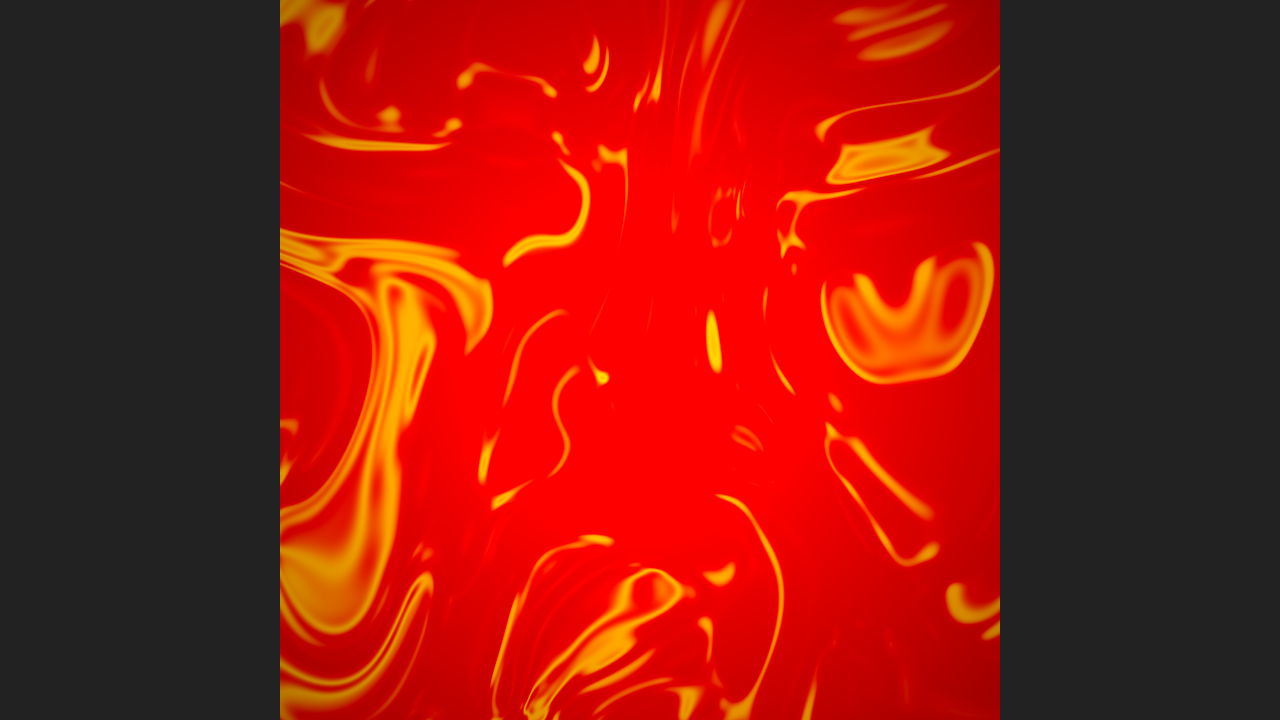
Repository: fakebrianho/50daysofshaders
Page: index.html
An editor plug-in stored every save of this project. The page is shown before and after the next save, followed by the edit.
The browser window is 1280 px wide. The pictures show the whole page.

Above is the page before, as saved 2022-02-03 19:18:44.

### index.html
<!DOCTYPE html>
<html lang="en">
<head>
  <meta charset="UTF-8">
  <meta http-equiv="X-UA-Compatible" content="IE=edge">
  <meta name="viewport" content="width=device-width, initial-scale=1.0">
  <title>Kaleidoscope</title>
  <link rel='stylesheet' href='base.css'>
  <link rel='stylesheet' href='styles.css'>
</head>
<body>
  <!-- <section> -->
    <div class='canvas-holder'>
      <canvas width='100' height='100'></canvas>
    </div>
  <!-- </section> -->

</body>
<script src="CCapture.all.min.js"></script>
<script src='glslcanvas.min.js'></script>
<script src='frag.js'></script>
<script src='day2.js'></script>
<script src='day3.js'></script>
<script src='day4.js'></script>
<script src='canvas.js'></script>
</html>

### base.css
html, body, div, span, applet, object, iframe,
h1, h2, h3, h4, h5, h6, p, blockquote, pre,
a, abbr, acronym, address, big, cite, code,
del, dfn, em, img, ins, kbd, q, s, samp,
small, strike, strong, sub, sup, tt, var,
b, u, i, center,
dl, dt, dd, ol, ul, li,
fieldset, form, label, legend,
table, caption, tbody, tfoot, thead, tr, th, td,
article, aside, canvas, details, embed,
figure, figcaption, footer, header, hgroup,
menu, nav, output, ruby, section, summary,
time, mark, audio, video {
  margin: 0;
  padding: 0;
  border: 0;
  font-size: 100%;
  font: inherit;
  vertical-align: baseline;
}

article, aside, details, figcaption, figure,
footer, header, hgroup, menu, nav, section {
  display: block;
}
body {
  line-height: 1;
}
ol, ul {
  list-style: none;
}
blockquote, q {
  quotes: none;
}
blockquote:before, blockquote:after,
q:before, q:after {
  content: '';
  content: none;
}
table {
  border-collapse: collapse;
  border-spacing: 0;
}

img, iframe {
  vertical-align: bottom;
  max-width: 100%;
}

input, textarea, select {
  font: inherit;
}

* {
  -webkit-box-sizing: border-box;
  -moz-box-sizing: border-box;
  box-sizing: border-box;
  -webkit-font-smoothing: antialiased;
  -moz-osx-font-smoothing: grayscale;
  text-rendering: optimizeLegibility;
}

### styles.css
html, body{
  height: 100%;
}

@font-face {
  font-family: 'Sprat';
  src: url(sprat.woff2);
}

@keyframes inhale {
  0%{
    font-variation-settings: 'wght' 20, 'wdth' 120;
    opacity: 0.5;
  }
  100%{
    font-variation-settings: 'wght' 100, 'wdth' 120;
    opacity: 1.0;
  }
}
@keyframes exhale {
  0%{
    font-variation-settings: 'wght' 100, 'wdth' 120;
    opacity:1.0;
  }
  100%{
    font-variation-settings: 'wght' 20, 'wdth' 120;
    opacity:0.5;
  }
}
@keyframes throb {
  0%{
    transform: translate(-50%, -50%) scale(1);
  }
  100%{
    transform: translate(-50%, -50%) scale(1.05);
  }

}
body{
  font-family: Sprat;
  font-size: 16px;
  line-height: 1;
  background-color: #222222;
  color: #ffffff;
}

section {
  height: 100%;
  display: flex;
  align-items: center;
  justify-content: space-around;
  font-size: 9vmin;
  text-align: center;
}

section div{
  width: 5em;

}

section div.inhale{
  animation: inhale 5s infinite alternate;
}

section div.exhale{
  animation: exhale 5s infinite alternate;
}

div.canvas-holder{
  position: fixed;
  top: 0;
  left: 0;
  height: 100vh;
  width: 100%;
}

div.canvas-holder canvas{
  position: fixed;
  left: 50%;
  top: 50%;
  transform: translate(-50%, -50%);
}

### day2.js
const day02_01 = `#ifdef GL_ES
precision highp float;
#endif

uniform float u_time;
uniform vec2 u_resolution;

varying vec3 v_normal;
varying vec2 v_texcoord;

#define NUM_OCTAVES 5
#define COUNTER 0

float rect(in vec2 st, in vec2 size){
    size = 0.25-size*0.25;
    vec2 uv = step(size,st*(1.0-st));
    return uv.x*uv.y;
}

float rand(vec2 n) {
    return fract(sin(dot(n, vec2(12.9898, 4.1414))) * 43758.5453);
}

float noise(vec2 p){
    vec2 ip = floor(p);
    vec2 u = fract(p);
    u = u*u*(3.0-2.0*u);

    float res = mix(
        mix(rand(ip),rand(ip+vec2(1.0,0.0)),u.x),
        mix(rand(ip+vec2(0.0,1.0)),rand(ip+vec2(1.0,1.0)),u.x),u.y);
    return res*res;
}

float fbm(vec2 x) {
    float v = 0.0;
    float a = 0.5;
    vec2 shift = vec2(100);
    // Rotate to reduce axial bias
    mat2 rot = mat2(cos(0.5), sin(0.5), -sin(0.5), cos(0.50));
    for (int i = 0; i < NUM_OCTAVES; ++i) {
        v += a * noise(x);
        x = rot * x * 2.0 + shift;
        a *= 0.5;
    }
    return v;
}


void main(void)
{
//    vec2 uv = -1. + 2. * v_texcoord;
    vec2 uv = v_texcoord;
    vec4 color1 = vec4(1.0, 1.0, 1.0, 1.0);
    vec4 color2 = vec4(0.0, 0.0, 0.0, 1.0);
    float weight = mix(1.0, 70.0, abs(sin(u_time*0.4)));
    float f = fbm(uv*6.);
    f*= 2.0;
    f+=u_time*0.5;
    f = fract(f);
    float mixer = step(0.5, f);
    vec4 color = mix(color1, color2, mixer);

    float temp = uv.x;
    temp *= u_resolution.x/u_resolution.y;
    vec3 rectColor = vec3(temp, uv.y, abs(sin(u_time)));
    float gray = dot(rectColor.rgb, vec3(0.299, 0.587, 0.114));
    vec3 grayscale = vec3(gray);

//    rectColor *= vec3(0.5);


    // vec3 color = mix(color_a, color_b, point.y);
    color = mix(color, vec4(grayscale, 1.0), rect(vec2(uv.x + 0.18, uv.y), vec2(0.04,0.34)));
    color = mix(color, vec4(grayscale,1.0), rect(vec2(uv.x - 0.18, uv.y), vec2(0.04,0.34)));
    gl_FragColor = vec4(color);
}`

const day02_02 = `
#ifdef GL_ES
precision highp float;
#endif

uniform float u_time;
uniform vec2 u_resolution;

varying vec3 v_normal;
varying vec2 v_texcoord;

#define NUM_OCTAVES 5
#define COUNTER 0

float rect(in vec2 st, in vec2 size){
    size = 0.25-size*0.25;
    vec2 uv = step(size,st*(1.0-st));
    return uv.x*uv.y;
}

float rand(vec2 n) {
    return fract(sin(dot(n, vec2(12.9898, 4.1414))) * 43758.5453);
}

float noise(vec2 p){
    vec2 ip = floor(p);
    vec2 u = fract(p);
    u = u*u*(3.0-2.0*u);

    float res = mix(
        mix(rand(ip),rand(ip+vec2(1.0,0.0)),u.x),
        mix(rand(ip+vec2(0.0,1.0)),rand(ip+vec2(1.0,1.0)),u.x),u.y);
    return res*res;
}

float fbm(vec2 x) {
    float v = 0.0;
    float a = 0.5;
    vec2 shift = vec2(100);
    // Rotate to reduce axial bias
    mat2 rot = mat2(cos(0.5), sin(0.5), -sin(0.5), cos(0.50));
    for (int i = 0; i < NUM_OCTAVES; ++i) {
        v += a * noise(x);
        x = rot * x * 2.0 + shift;
        a *= 0.5;
    }
    return v;
}


void main(void)
{
//    vec2 uv = -1. + 2. * v_texcoord;
    vec2 uv = v_texcoord;
    vec4 color1 = vec4(0.0, 0.0, 0.0, 1.0);
    vec4 color2 = vec4(1.0, 0.0, 0.0, 1.0);
    float weight = mix(1.0, 70.0, abs(sin(u_time*0.4)));
    float f = fbm(uv*6.);
    f*= 2.0;
    f+=u_time*0.5;
    f = fract(f);
    float mixer = (smoothstep(0.1, 0.5, f) - smoothstep(0.5, 1.0, f));
    vec4 color = mix(color1, color2, mixer);
//    vec4 color = smoothstep(

    float temp = uv.x;
    temp *= u_resolution.x/u_resolution.y;
    vec3 rectColor = vec3(temp, uv.y, abs(sin(u_time)));
    float gray = dot(rectColor.rgb, vec3(0.299, 0.587, 0.114));
    vec3 grayscale = vec3(gray);
    grayscale *= 0.5;
    color = mix(color, vec4(grayscale, 1.0), rect(vec2(uv.x + 0.18, uv.y), vec2(0.04,0.34)));
    color = mix(color, vec4(grayscale,1.0), rect(vec2(uv.x - 0.18, uv.y), vec2(0.04,0.34)));
//    color *=  0.5;
    gl_FragColor = vec4(color);
}`


const day02_03 = `
#ifdef GL_ES
precision highp float;
#endif

uniform float u_time;
uniform vec2 u_resolution;

varying vec3 v_normal;
varying vec2 v_texcoord;

#define NUM_OCTAVES 5
#define COUNTER 0

float rect(in vec2 st, in vec2 size){
    size = 0.25-size*0.25;
    vec2 uv = step(size,st*(1.0-st));
    return uv.x*uv.y;
}

float rand(vec2 n) {
    return fract(sin(dot(n, vec2(12.9898, 4.1414))) * 43758.5453);
}

float noise(vec2 p){
    vec2 ip = floor(p);
    vec2 u = fract(p);
    u = u*u*(3.0-2.0*u);

    float res = mix(
        mix(rand(ip),rand(ip+vec2(1.0,0.0)),u.x),
        mix(rand(ip+vec2(0.0,1.0)),rand(ip+vec2(1.0,1.0)),u.x),u.y);
    return res*res;
}

float fbm(vec2 x) {
    float v = 0.0;
    float a = 0.5;
    vec2 shift = vec2(100);
    // Rotate to reduce axial bias
    mat2 rot = mat2(cos(0.5), sin(0.5), -sin(0.5), cos(0.50));
    for (int i = 0; i < NUM_OCTAVES; ++i) {
        v += a * noise(x);
        x = rot * x * 2.0 + shift;
        a *= 0.5;
    }
    return v;
}


void main(void)
{
//    vec2 uv = -1. + 2. * v_texcoord;
    vec2 uv = v_texcoord;
    vec4 color1 = vec4(1.0, 1.0, 1.0, 1.0);
    vec4 color2 = vec4(0.0, 0.0, 0.0, 1.0);
    float weight = mix(1.0, 70.0, abs(sin(u_time*0.4)));
    float f = fbm(uv);
    f*= 60.0;
    f+=u_time*0.2;
    f = fract(f);
    float mixer = (smoothstep(0.1, 0.5, f) - smoothstep(0.5, 1.0, f));
    vec4 color = mix(color1, color2, mixer);
//    vec4 color = smoothstep(

    float temp = uv.x;
    temp *= u_resolution.x/u_resolution.y;
    vec3 rectColor = vec3(temp, uv.y, abs(sin(u_time)));
    float gray = dot(rectColor.rgb, vec3(0.299, 0.587, 0.114));
    vec3 grayscale = vec3(gray);
    grayscale *= 0.5;
    color = mix(color, vec4(grayscale, 1.0), rect(vec2(uv.x + 0.18, uv.y), vec2(0.04,0.34)));
    color = mix(color, vec4(grayscale,1.0), rect(vec2(uv.x - 0.18, uv.y), vec2(0.04,0.34)));
//    color *=  0.5;
    gl_FragColor = vec4(color);
}`

const day02_04=`#ifdef GL_ES
precision highp float;
#endif

uniform float u_time;
uniform vec2 u_resolution;

varying vec3 v_normal;
varying vec2 v_texcoord;

#define NUM_OCTAVES 5
#define COUNTER 0

float rect(in vec2 st, in vec2 size){
    size = 0.25-size*0.25;
    vec2 uv = step(size,st*(1.0-st));
    return uv.x*uv.y;
}

float rand(vec2 n) {
    return fract(sin(dot(n, vec2(12.9898, 4.1414))) * 43758.5453);
}

float noise(vec2 p){
    vec2 ip = floor(p);
    vec2 u = fract(p);
    u = u*u*(3.0-2.0*u);

    float res = mix(
        mix(rand(ip),rand(ip+vec2(1.0,0.0)),u.x),
        mix(rand(ip+vec2(0.0,1.0)),rand(ip+vec2(1.0,1.0)),u.x),u.y);
    return res*res;
}

float fbm(vec2 x) {
    float v = 0.0;
    float a = 0.5;
    vec2 shift = vec2(100);
    // Rotate to reduce axial bias
    mat2 rot = mat2(cos(0.5), sin(0.5), -sin(0.5), cos(0.50));
    for (int i = 0; i < NUM_OCTAVES; ++i) {
        v += a * noise(x);
        x = rot * x * 2.0 + shift;
        a *= 0.5;
    }
    return v;
}


void main(void)
{
//    vec2 uv = -1. + 2. * v_texcoord;
    vec2 uv = v_texcoord;
    vec4 color1 = vec4(1.0, 1.0, 1.0, 1.0);
    vec4 color2 = vec4(0.0, 0.0, 0.0, 1.0);
    float weight = mix(1.0, 70.0, abs(sin(u_time*0.4)));
    float grain = mix(-0.1, 0.1, rand(uv));
    float f = fbm(uv);
    f*= 60.0;
    f+=grain;
    f+=u_time*0.2;
    f = fract(f);
    float mixer = (smoothstep(0.1, 0.5, f) - smoothstep(0.5, 1.0, f));
    vec4 color = mix(color1, color2, mixer);

    vec2 origin = (gl_FragCoord.xy / u_resolution.xy) - vec2(0.5);
    float vignette = length(origin);


    float temp = uv.x;
    temp *= u_resolution.x/u_resolution.y;
    vec3 rectColor = vec3(temp, uv.y, abs(sin(u_time)));
    float gray = dot(rectColor.rgb, vec3(0.299, 0.587, 0.114));
    vec3 grayscale = vec3(gray);
    grayscale *= 0.5;
    color = mix(color, vec4(grayscale, 1.0), rect(vec2(uv.x + 0.18, uv.y), vec2(0.04,0.34)));
    color = mix(color, vec4(grayscale,1.0), rect(vec2(uv.x - 0.18, uv.y), vec2(0.04,0.34)));
//    color *=  0.5;
    gl_FragColor = vec4(color.rgb * (1.0 - vignette), 1.0);
}`

### day4.js
const day04_00 = `#ifdef GL_ES
precision highp float;
#endif

uniform float u_time;
uniform vec2 u_resolution;

varying vec3 v_normal;
varying vec2 v_texcoord;

#define NUM_OCTAVES 5
#define COUNTER 0
vec3 hsv2rgb(vec3 c)
{
    vec4 K = vec4(1.0, 2.0 / 3.0, 1.0 / 3.0, 3.0);
    vec3 p = abs(fract(c.xxx + K.xyz) * 6.0 - K.www);
    return c.z * mix(K.xxx, clamp(p - K.xxx, 0.0, 1.0), c.y);
}

float rect(in vec2 st, in vec2 size){
    size = 0.25-size*0.25;
    vec2 uv = step(size,st*(1.0-st));
    return uv.x*uv.y;
}

float rand(vec2 n) {
    return fract(sin(dot(n, vec2(12.9898, 4.1414))) * 43758.5453);
}


const mat2 m = mat2( 0.80,  0.60, -0.60,  0.80 );

float noise( in vec2 p )
{
    return sin(p.x)*sin(p.y);
}

float fbm4( vec2 p )
{
    float f = 0.0;
    f += 0.5000*noise( p ); p = m*p*2.02;
    f += 0.2500*noise( p ); p = m*p*2.02;
    f += 0.1250*noise( p ); p = m*p*2.02;
    f += 0.0625*noise( p );
    return f/0.9375;
}

float fbm6( vec2 p )
{
    float f = 0.0;
    f += 0.500000*(0.5+0.5*noise( p )); p = m*p*2.02;
    f += 0.500000*(0.5+0.5*noise( p )); p = m*p*2.02;
    f += 0.500000*(0.5+0.5*noise( p )); p = m*p*2.02;
    f += 0.250000*(0.5+0.5*noise( p )); p = m*p*2.02;
    return f/0.96875;
}

vec2 fbm4_2( vec2 p )
{
    return vec2(fbm4(p), fbm4(p+vec2(7.8)));
}

vec2 fbm6_2( vec2 p )
{
    return vec2(fbm6(p+vec2(16.8)), fbm6(p+vec2(11.5)));
}
mat2 rotation2d(float angle) {
    float s = sin(angle);
    float c = cos(angle);

    return mat2(
        c, -s,
        s, c
    );
}

float pattern( in vec2 p, out vec2 q, out vec2 r )
{
    q.x = fbm6( p + vec2(0.0,0.0) + u_time * 0.3);
    q.y = fbm6( p + vec2(5.2,1.3) - u_time * 0.1);

    r.x = fbm6( p + 4.0*q + vec2(1.7,9.2) + abs(sin(u_time) * 0.3));
    r.y = fbm6( p + 4.0*q + vec2(8.3,2.8) );

    return fbm6( p + 4.0*r );
}

//f(p) = fbm(p+fbm(p+fbm(p)))
void main(void)
{

    vec2 uv = v_texcoord;
    vec4 color1 = vec4(0.9, 1.0, 1.0, 1.0);
    vec4 color2 = vec4(0.0, 0.0, 0.03, 1.0);
    vec4 color = vec4(1.0, 0.40, 0.3, 1.0);
    vec2 t1 = vec2(0.0);
    vec2 t2 = vec2(0.0);
    float f = pattern(uv, t1, t2);
//    f*= u_time;
    vec2 newMix = mix(t1, t2, f);
//    color = vec4(f, t2.x, t1.y, 1.0);
    color = vec4(f, newMix, 1.0);
//    float f = fbm6(uv);
//    float mixer = smoothstep(0.1, 0.5, f) - smoothstep(0.5, 1.0, f);
//    color = mix(color1, color2, mixer);
//    color = vec4(f);

    vec2 origin = (gl_FragCoord.xy / u_resolution.xy) - vec2(0.5);
    float vignette = length(origin) * 0.4;
    float temp = uv.x;
//    temp *= u_resolution.x/u_resolution.y;
//    vec3 rectColor = vec3(temp, uv.y, abs(sin(u_time)));
//    float gray = dot(rectColor.rgb, vec3(0.299, 0.587, 0.114));
//    vec3 grayscale = vec3(gray);
//    grayscale *= 0.5;
//    color = mix(color, vec4(grayscale, 1.0), rect(vec2(uv.x + 0.18, uv.y), vec2(0.04,0.34)));
//    color = mix(color, vec4(grayscale,1.0), rect(vec2(uv.x - 0.18, uv.y), vec2(0.04,0.34)));
    gl_FragColor = vec4(color.rgb * (1.0 - vignette), 1.0);
//    gl_FragColor = vec4(color.rgb, 1.0);
}`

const day04_01=`
#ifdef GL_ES
precision highp float;
#endif

uniform float u_time;
uniform vec2 u_resolution;

varying vec3 v_normal;
varying vec2 v_texcoord;

#define NUM_OCTAVES 5
#define COUNTER 0
vec3 hsv2rgb(vec3 c)
{
    vec4 K = vec4(1.0, 2.0 / 3.0, 1.0 / 3.0, 3.0);
    vec3 p = abs(fract(c.xxx + K.xyz) * 6.0 - K.www);
    return c.z * mix(K.xxx, clamp(p - K.xxx, 0.0, 1.0), c.y);
}

float rect(in vec2 st, in vec2 size){
    size = 0.25-size*0.25;
    vec2 uv = step(size,st*(1.0-st));
    return uv.x*uv.y;
}

float rand(vec2 n) {
    return fract(sin(dot(n, vec2(12.9898, 4.1414))) * 43758.5453);
}


const mat2 m = mat2( 0.80,  0.60, -0.60,  0.80 );

float noise( in vec2 p )
{
    return sin(p.x)*sin(p.y);
}

float fbm4( vec2 p )
{
    float f = 0.0;
    f += 0.5000*noise( p ); p = m*p*2.02;
    f += 0.2500*noise( p ); p = m*p*2.02;
    f += 0.1250*noise( p ); p = m*p*2.02;
    f += 0.0625*noise( p );
    return f/0.9375;
}

float fbm6( vec2 p )
{
    float f = 0.0;
    f += 0.500000*(0.5+0.5*noise( p )); p = m*p*2.02;
    f += 0.500000*(0.5+0.5*noise( p )); p = m*p*2.02;
    f += 0.500000*(0.5+0.5*noise( p )); p = m*p*2.02;
    f += 0.250000*(0.5+0.5*noise( p )); p = m*p*2.02;
    return f/0.96875;
}

vec2 fbm4_2( vec2 p )
{
    return vec2(fbm4(p), fbm4(p+vec2(7.8)));
}

vec2 fbm6_2( vec2 p )
{
    return vec2(fbm6(p+vec2(16.8)), fbm6(p+vec2(11.5)));
}
mat2 rotation2d(float angle) {
    float s = sin(angle);
    float c = cos(angle);

    return mat2(
        c, -s,
        s, c
    );
}

float pattern( in vec2 p, out vec2 q, out vec2 r )
{
    q.x = fbm6( p + vec2(0.0,0.0) + u_time * 0.2);
    q.y = fbm6( p + vec2(5.2,1.3) - u_time * 0.1);

    r.x = fbm6( p + 4.0*q + vec2(1.7,9.2) + abs(sin(u_time) * 0.7));
    r.y = fbm6( p + 4.0*q + vec2(8.3,2.8) );

    return fbm6( p + 4.0*r );
}

//f(p) = fbm(p+fbm(p+fbm(p)))
void main(void)
{

    vec2 uv = v_texcoord;
    vec4 color1 = vec4(0.9, 1.0, 1.0, 1.0);
    vec4 color2 = vec4(0.0, 0.0, 0.03, 1.0);
    vec4 color = vec4(1.0, 0.40, 0.3, 1.0);
    vec2 t1 = vec2(0.0);
    vec2 t2 = vec2(0.0);
    float f = pattern(uv, t1, t2);
//    f*= u_time;
    vec2 newMix = mix(t1, t2, f);
//    color = vec4(f, t2.x, t1.y, 1.0);
    color = vec4(f, newMix, 1.0);
    color = vec4(f);
//    float f = fbm6(uv);
//    float mixer = smoothstep(0.1, 0.5, f) - smoothstep(0.5, 1.0, f);
//    color = mix(color1, color2, mixer);
//    color = vec4(f);

    vec2 origin = (gl_FragCoord.xy / u_resolution.xy) - vec2(0.5);
    float vignette = length(origin) * 1.0;
    float temp = uv.x;
//    temp *= u_resolution.x/u_resolution.y;
//    vec3 rectColor = vec3(temp, uv.y, abs(sin(u_time)));
//    float gray = dot(rectColor.rgb, vec3(0.299, 0.587, 0.114));
//    vec3 grayscale = vec3(gray);
//    grayscale *= 0.5;
//    color = mix(color, vec4(grayscale, 1.0), rect(vec2(uv.x + 0.18, uv.y), vec2(0.04,0.34)));
//    color = mix(color, vec4(grayscale,1.0), rect(vec2(uv.x - 0.18, uv.y), vec2(0.04,0.34)));
    gl_FragColor = vec4(color.rgb * (1.0 - vignette), 1.0);
//    gl_FragColor = vec4(color.rgb, 1.0);
}`

const day04_02=`
#ifdef GL_ES
precision highp float;
#endif

uniform float u_time;
uniform vec2 u_resolution;

varying vec3 v_normal;
varying vec2 v_texcoord;

#define NUM_OCTAVES 5
#define COUNTER 0
vec3 hsv2rgb(vec3 c)
{
    vec4 K = vec4(1.0, 2.0 / 3.0, 1.0 / 3.0, 3.0);
    vec3 p = abs(fract(c.xxx + K.xyz) * 6.0 - K.www);
    return c.z * mix(K.xxx, clamp(p - K.xxx, 0.0, 1.0), c.y);
}

float rect(in vec2 st, in vec2 size){
    size = 0.25-size*0.25;
    vec2 uv = step(size,st*(1.0-st));
    return uv.x*uv.y;
}

float rand(vec2 n) {
    return fract(sin(dot(n, vec2(12.9898, 4.1414))) * 43758.5453);
}


const mat2 m = mat2( 0.80,  0.60, -0.60,  0.80 );

float noise( in vec2 p )
{
    return sin(p.x)*sin(p.y);
}

float fbm4( vec2 p )
{
    float f = 0.0;
    f += 0.5000*noise( p ); p = m*p*2.02;
    f += 0.2500*noise( p ); p = m*p*2.02;
    f += 0.1250*noise( p ); p = m*p*2.02;
    f += 0.0625*noise( p );
    return f/0.9375;
}

float fbm6( vec2 p )
{
    float f = 0.0;
    f += 0.500000*(0.5+0.5*noise( p )); p = m*p*2.02;
    f += 0.500000*(0.5+0.5*noise( p )); p = m*p*2.02;
    f += 0.500000*(0.5+0.5*noise( p )); p = m*p*2.02;
    f += 0.250000*(0.5+0.5*noise( p )); p = m*p*2.02;
    return f/0.96875;
}

vec2 fbm4_2( vec2 p )
{
    return vec2(fbm4(p), fbm4(p+vec2(7.8)));
}

vec2 fbm6_2( vec2 p )
{
    return vec2(fbm6(p+vec2(16.8)), fbm6(p+vec2(11.5)));
}
mat2 rotation2d(float angle) {
    float s = sin(angle);
    float c = cos(angle);

    return mat2(
        c, -s,
        s, c
    );
}

float pattern( in vec2 p, out vec2 q, out vec2 r )
{
    q.x = fbm6( p + vec2(0.0,0.0) + u_time * 0.02);
    q.y = fbm6( p + vec2(5.2,1.3) - u_time * 0.01);

    r.x = fbm6( p + 4.0*q + vec2(1.7,9.2) + abs(sin(u_time) * 0.07));
    r.y = fbm6( p + 4.0*q + vec2(8.3,2.8) );

    return fbm6( p + 4.0*r );
}

//f(p) = fbm(p+fbm(p+fbm(p)))
void main(void)
{

    vec2 uv = v_texcoord;
    vec4 color1 = vec4(0.9, 1.0, 1.0, 1.0);
    vec4 color2 = vec4(0.0, 0.0, 0.03, 1.0);
    vec4 color = vec4(1.0, 0.40, 0.3, 1.0);
    vec2 t1 = vec2(0.0);
    vec2 t2 = vec2(0.0);
    float f = pattern(uv, t1, t2);
//    f*= u_time;
    vec2 newMix = mix(t1, t2, f);
//    color = vec4(f, t2.x, t1.y, 1.0);
    color = vec4(f, newMix, 1.0);
    color = vec4(f);
//    float f = fbm6(uv);
//    float mixer = smoothstep(0.1, 0.5, f) - smoothstep(0.5, 1.0, f);
//    color = mix(color1, color2, mixer);
//    color = vec4(f);

    vec2 origin = (gl_FragCoord.xy / u_resolution.xy) - vec2(0.5);
    float vignette = length(origin) * 1.0;
    float temp = uv.x;
    temp *= u_resolution.x/u_resolution.y;
    vec3 rectColor = vec3(temp, uv.y, abs(sin(u_time)));
    float gray = dot(rectColor.rgb, vec3(0.299, 0.587, 0.114));
    vec3 grayscale = vec3(gray);
    grayscale *= 0.9;
    color = mix(color, vec4(grayscale, 1.0), rect(vec2(uv.x + 0.18, uv.y), vec2(0.04,0.34)));
    color = mix(color, vec4(grayscale,1.0), rect(vec2(uv.x - 0.18, uv.y), vec2(0.04,0.34)));
    gl_FragColor = vec4(color.rgb * (1.0 - vignette), 1.0);
//    gl_FragColor = vec4(color.rgb, 1.0);
}`

const day04_03=`
#ifdef GL_ES
precision highp float;
#endif

uniform float u_time;
uniform vec2 u_resolution;

varying vec3 v_normal;
varying vec2 v_texcoord;

#define NUM_OCTAVES 5
#define COUNTER 0
vec3 hsv2rgb(vec3 c)
{
    vec4 K = vec4(1.0, 2.0 / 3.0, 1.0 / 3.0, 3.0);
    vec3 p = abs(fract(c.xxx + K.xyz) * 6.0 - K.www);
    return c.z * mix(K.xxx, clamp(p - K.xxx, 0.0, 1.0), c.y);
}

float rect(in vec2 st, in vec2 size){
    size = 0.25-size*0.25;
    vec2 uv = step(size,st*(1.0-st));
    return uv.x*uv.y;
}

float rand(vec2 n) {
    return fract(sin(dot(n, vec2(12.9898, 4.1414))) * 43758.5453);
}


const mat2 m = mat2( 0.80,  0.60, -0.60,  0.80 );

float noise( in vec2 p )
{
    return sin(p.x)*sin(p.y);
}

float fbm4( vec2 p )
{
    float f = 0.0;
    f += 0.5000*noise( p ); p = m*p*2.02;
    f += 0.2500*noise( p ); p = m*p*2.02;
    f += 0.1250*noise( p ); p = m*p*2.02;
    f += 0.0625*noise( p );
    return f/0.9375;
}

float fbm6( vec2 p )
{
    float f = 0.0;
    f += 0.500000*(0.5+0.5*noise( p )); p = m*p*2.02;
    f += 0.500000*(0.5+0.5*noise( p )); p = m*p*2.02;
    f += 0.500000*(0.5+0.5*noise( p )); p = m*p*2.02;
    f += 0.250000*(0.5+0.5*noise( p )); p = m*p*2.02;
    return f/0.96875;
}

vec2 fbm4_2( vec2 p )
{
    return vec2(fbm4(p), fbm4(p+vec2(7.8)));
}

vec2 fbm6_2( vec2 p )
{
    return vec2(fbm6(p+vec2(16.8)), fbm6(p+vec2(11.5)));
}
mat2 rotation2d(float angle) {
    float s = sin(angle);
    float c = cos(angle);

    return mat2(
        c, -s,
        s, c
    );
}

float pattern( in vec2 p, out vec2 q, out vec2 r )
{
    q.x = fbm6( p + vec2(0.0,0.0) + u_time * 0.02);
    q.y = fbm6( p + vec2(5.2,1.3) - u_time * 0.01);

    r.x = fbm6( p + 4.0*q + vec2(1.7,9.2) + abs(sin(u_time) * 0.07));
    r.y = fbm6( p + 4.0*q + vec2(8.3,2.8) );

    return fbm6( p + 4.0*r );
}

//f(p) = fbm(p+fbm(p+fbm(p)))
void main(void)
{

    vec2 uv = v_texcoord;
//    vec3 color1 = vec3(0.0, 1.0, 1.0);
    vec3 testColor = vec3(0.1083, 0.81, 1.0);
    vec3 hsvTest = hsv2rgb(testColor);
    vec4 TESTED = vec4(hsvTest, 1.0);
    vec3 color1 = vec3(0.0111, 1.90, 0.87);
    vec3 color2 = vec3(0.1083, 1.0, 1.00);
    vec3 c1HSV = hsv2rgb(color1);
    vec3 c2HSV = hsv2rgb(color2);
    vec4 converted1 = vec4(c1HSV, 1.0);
    vec4 converted2 = vec4(c2HSV, 1.0);
    vec4 color = vec4(1.0, 0.40, 0.3, 1.0);
    vec2 t1 = vec2(0.0);
    vec2 t2 = vec2(0.0);
//    float grain = mix(-0.1, 0.1, rand(uv));
    float f = pattern(uv, t1, t2);
    vec2 newMix = mix(t1, t2, f);
    float mixer = smoothstep(0.1, 0.5, f) - smoothstep(0.5, 1.0, f);
//    color = vec4(f, newMix, 1.0);
    vec4 MIXED = mix(converted1, converted2, mixer);
//    color = vec4(f);
//    color = vec4(newMix, newMix);
    vec3 newCol = vec3(color.r+1.0, color.g+0.1, color.b-0.3);
    vec3 baseCol = vec3(209.0/255.0, 46.0/255.0, 46.0/255.0);
    vec3 layeredCol = vec3(225.0/255.0, 187.0/255.0, 53.0/255.0);
    vec3 layerHSV = hsv2rgb(layeredCol);
    vec3 baseHSV = hsv2rgb(baseCol);
    vec3 mixedColor = mix(layerHSV, baseHSV, mixer);
    vec2 origin = (gl_FragCoord.xy / u_resolution.xy) - vec2(0.5);
    float vignette = length(origin) * 1.0;

//    gl_FragColor = vec4(color.rgb * (1.0 - vignette), 1.0);
    gl_FragColor = vec4(MIXED.rgb * (1.4 - vignette), 1.0);
//    gl_FragColor = vec4(converted2.rgb * (1.0 - vignette), 1.0);
//        gl_FragColor = vec4(hsvTest, 1.0);
//    gl_FragColor = vec4(mixedColor * (1.0 - vignette), 0.0);
//    gl_FragColor = vec4(color.rgb, 1.0);
}`

### canvas.js
let framerate = 30;var capturer = new CCapture( {  format: 'webm',  framerate,  name: 'noise_visualization',  quality: 100,} );

const canvas = document.querySelector('div.canvas-holder canvas');
const sandbox = new GlslCanvas(canvas);

const calcSize = function () {
  console.log('asdf');
  let vw = window.innerWidth;
  let vh = window.innerHeight;
  let dpi = window.devicePixelRatio;

  let s = Math.min(vh, vw);

  canvas.width = s * dpi;
  canvas.height = s * dpi;
  canvas.style.width = s +'px';
  canvas.style.height = s +'px';

}
calcSize();

window.addEventListener('resize', calcSize);
sandbox.load(day04_03);
sandbox.setUniform('image2', 'k3.jpg');
sandbox.setUniform('disp2', 'displacement1.jpg');

Loaded but not shown: Ccapture.all.min.js (library); glslcanvas.min.js (library); frag.js (1573 lines, source omitted); day3.js (685 lines, source omitted)

After the next save:
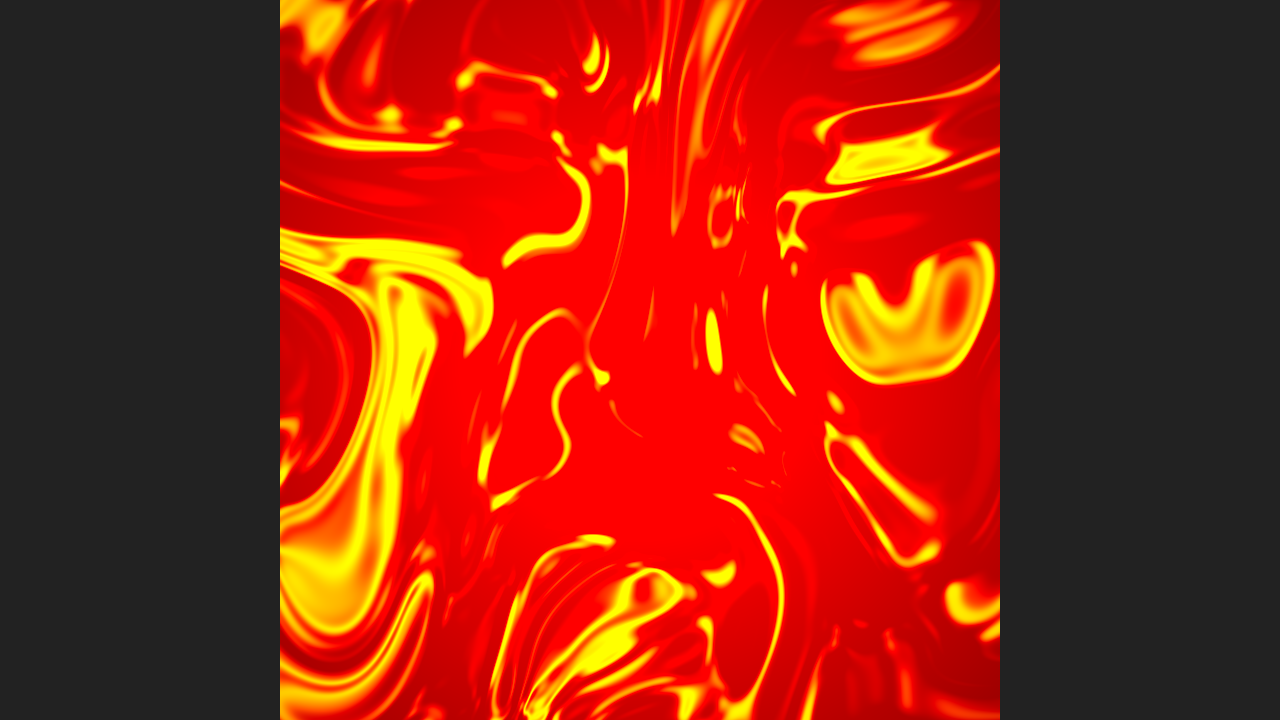
Saved 22 s later.
--- a/day4.js
+++ b/day4.js
@@ -463,7 +463,7 @@ void main(void)
     vec3 hsvTest = hsv2rgb(testColor);
     vec4 TESTED = vec4(hsvTest, 1.0);
     vec3 color1 = vec3(0.0111, 1.90, 0.87);
-    vec3 color2 = vec3(0.1083, 1.0, 1.00);
+    vec3 color2 = vec3(0.1083, 1.0, 1.700);
     vec3 c1HSV = hsv2rgb(color1);
     vec3 c2HSV = hsv2rgb(color2);
     vec4 converted1 = vec4(c1HSV, 1.0);
